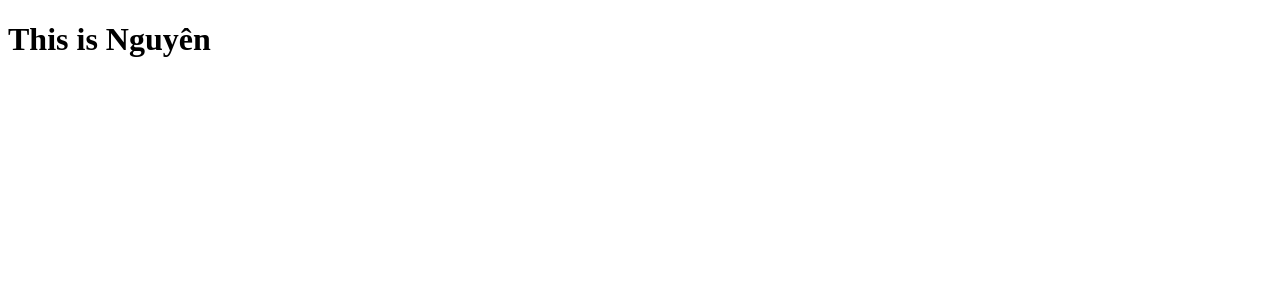
Repository: KhoiNguyen77/JS-C-Ba-n
Page: index.html
An editor plug-in stored every save of this project. The page is shown before and after a run of saves, followed by the edit.
The browser window is 1280 px wide. The pictures show the whole page.

Above is the page before, as saved 2023-03-28 09:20:18.

After the next 2 saves:
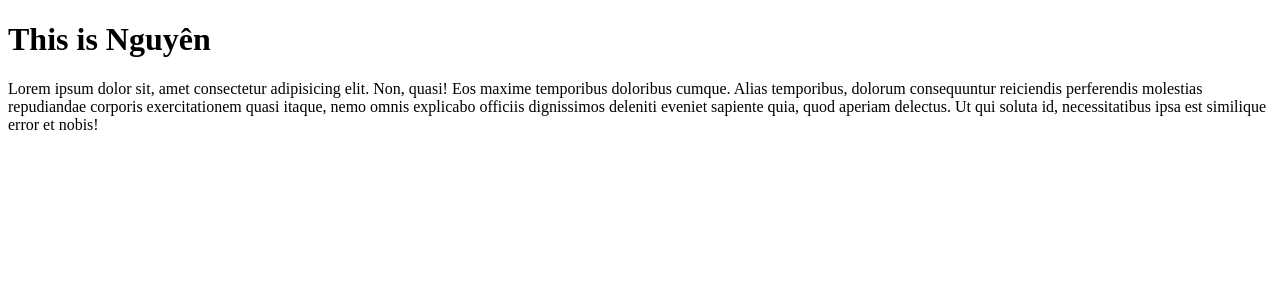
The 2 saves are shown as one change because they came seconds apart.
The last was saved 15 s later.
--- a/index.html
+++ b/index.html
@@ -8,6 +8,14 @@
   </head>
   <body>
     <h1>This is Nguyên</h1>
+    <div class="container">
+      Lorem ipsum dolor sit, amet consectetur adipisicing elit. Non, quasi! Eos
+      maxime temporibus doloribus cumque. Alias temporibus, dolorum consequuntur
+      reiciendis perferendis molestias repudiandae corporis exercitationem quasi
+      itaque, nemo omnis explicabo officiis dignissimos deleniti eveniet
+      sapiente quia, quod aperiam delectus. Ut qui soluta id, necessitatibus
+      ipsa est similique error et nobis!
+    </div>
     <script src="./index.js"></script>
   </body>
 </html>
